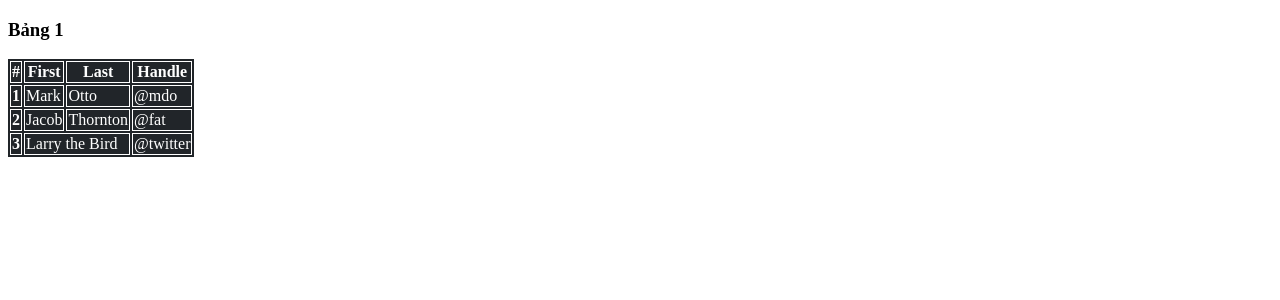
Repository: ThuatDev/BTVN_FE_JUNE
Page: index.html
These files come from the project's save history. The page is drawn as it stood at one moment and after the next save; the edit follows.
The browser window is 1280 px wide. The pictures show the whole page.

Above is the page before, as saved 2023-08-02 15:18:19.

After the next save:
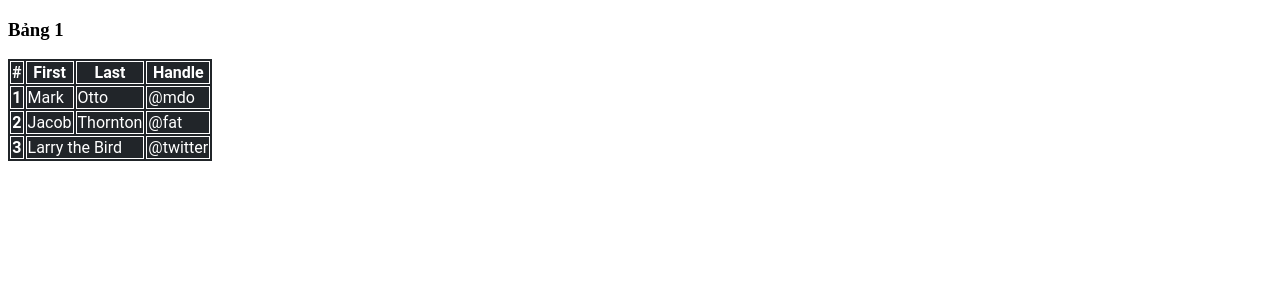
Saved 33 s later.
--- a/index.html
+++ b/index.html
@@ -18,6 +18,11 @@
       .table th,
       .table td {
         border: 1px solid #fff;
+      }
+      .table {
+        font-family: "Roboto", sans-serif;
+        font-size: 16px;
+        font-weight: normal;
       }
     </style>
   </head>
